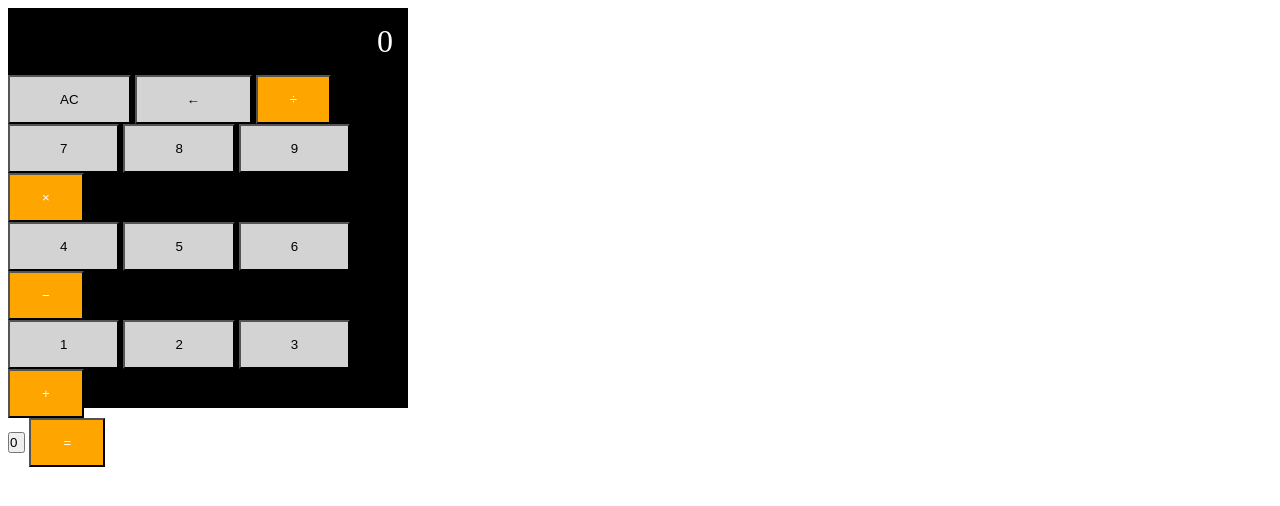
Repository: KaylaDamons/LAB-calculator
Page: index.html
An editor plug-in stored every save of this project. The page is shown before and after the next save, followed by the edit.
The browser window is 1280 px wide. The pictures show the whole page.

Above is the page before, as saved 2024-01-13 19:41:43.

After the next save:
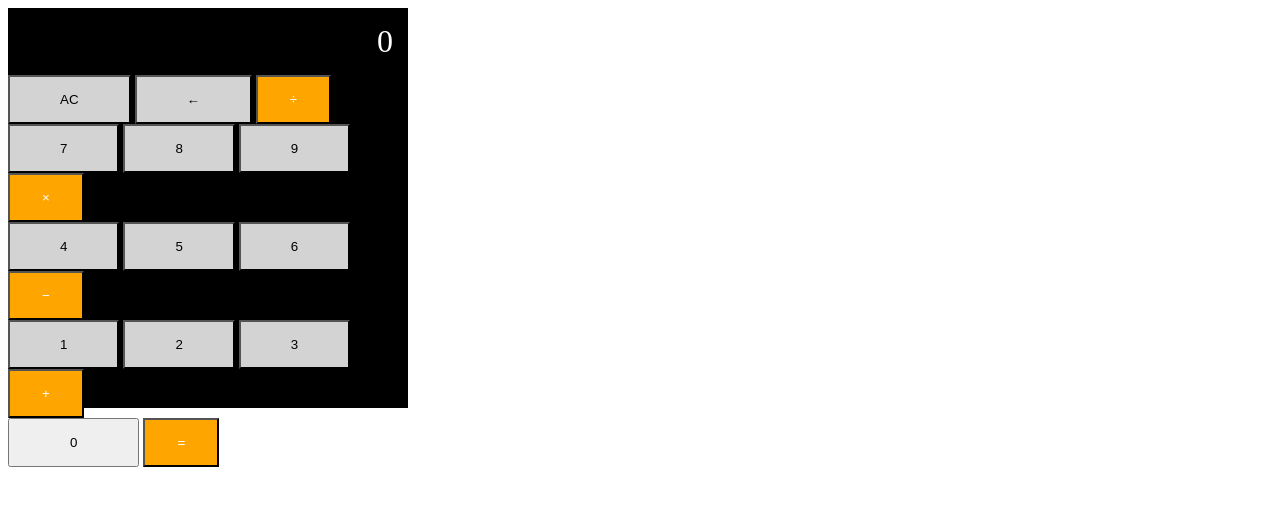
Saved 72 s later.
--- a/main.css
+++ b/main.css
@@ -31,5 +31,5 @@
   padding:15px 50px;
 }
 .buttonzero {
-  padding-inline-start:0%;
+  padding: 15px 60px;
 }
